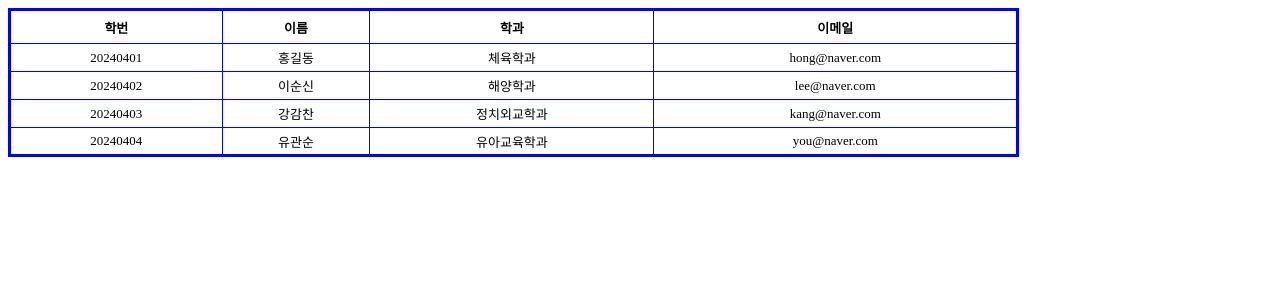
Repository: bbseok97/HTML
Page: HTML/src/main/webapp/table_css.html
The author's editor kept a copy of each file at every save. The page is drawn from the files as they stood at one save, then again after the next save.
The browser window is 1280 px wide. The pictures show the whole page.
The pointer rests on the first visible `tr`.

Above is the page before, as saved 2024-04-04 06:05:02.

After the next save:
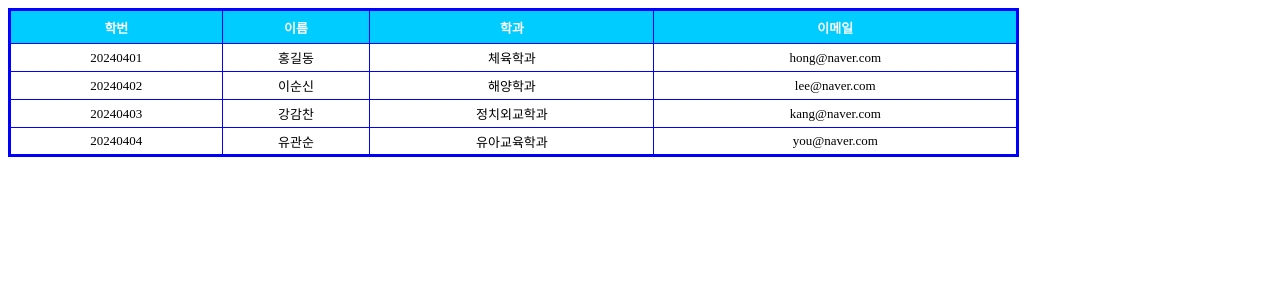
Saved 3 min 32 s later.
--- a/HTML/src/main/webapp/table_css.html
+++ b/HTML/src/main/webapp/table_css.html
@@ -18,6 +18,11 @@
 			tr{
 				height: 28px;				/* 높이 설정*/
 				font-size: 13px;			/* 글 사이즈 설정*/
+			}
+			tr:hover {						/* 마우스 커서가 위에 있을 때 */
+				color: white;				/* 글 색상 */
+				font-weight: bold;
+				background-color: #00ccff	/* 배경색 설정 */
 			}
 			th{
 				height: 30px;
